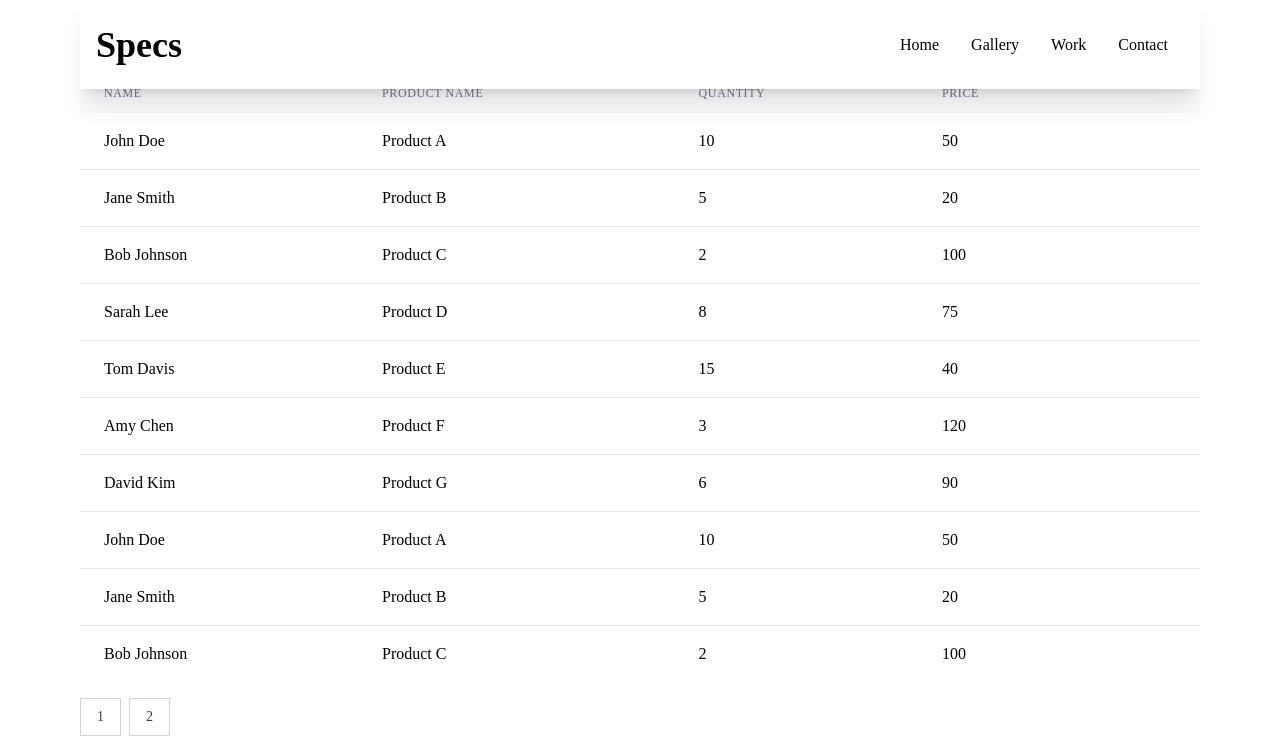
Repository: rushit163/frames-ecommerce
Page: /
An editor plug-in stored every save of this project. The page is shown before and after the next save, followed by the edit.
The browser window is 1280 px wide. The pictures show the whole page.
The project was rebuilt for these pictures with package versions that can differ from the ones it lists, and the page was loaded fresh each time. The framework's server and built-in components were replaced by stand-ins that run in the browser. Also part of the build but not shown: next.config.js.

Above is the page before, as saved 2023-05-06 06:54:15.

After the next save:
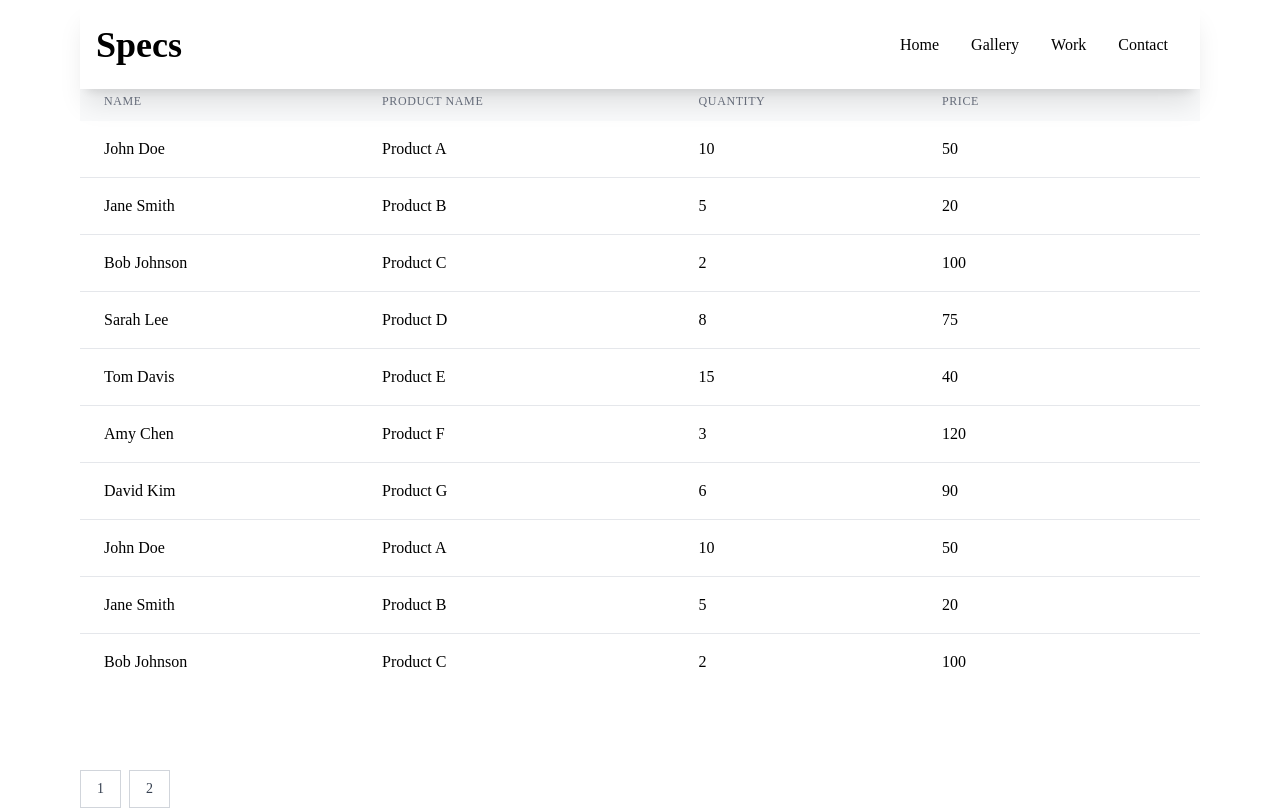
Saved 109 s later.
--- a/pages/Admin_homePage.tsx
+++ b/pages/Admin_homePage.tsx
@@ -135,7 +135,7 @@ const products = [
       <div className="flex items-center justify-center h-screen md:pl-20 md:pr-20">
   <div className="w-full h-200">
     <Navbar/>
-    <table className="w-full h-32">
+    <table className="w-full h-32 mt-20 mb-20">
       <thead className="bg-gray-50">
         <tr>
           <th
